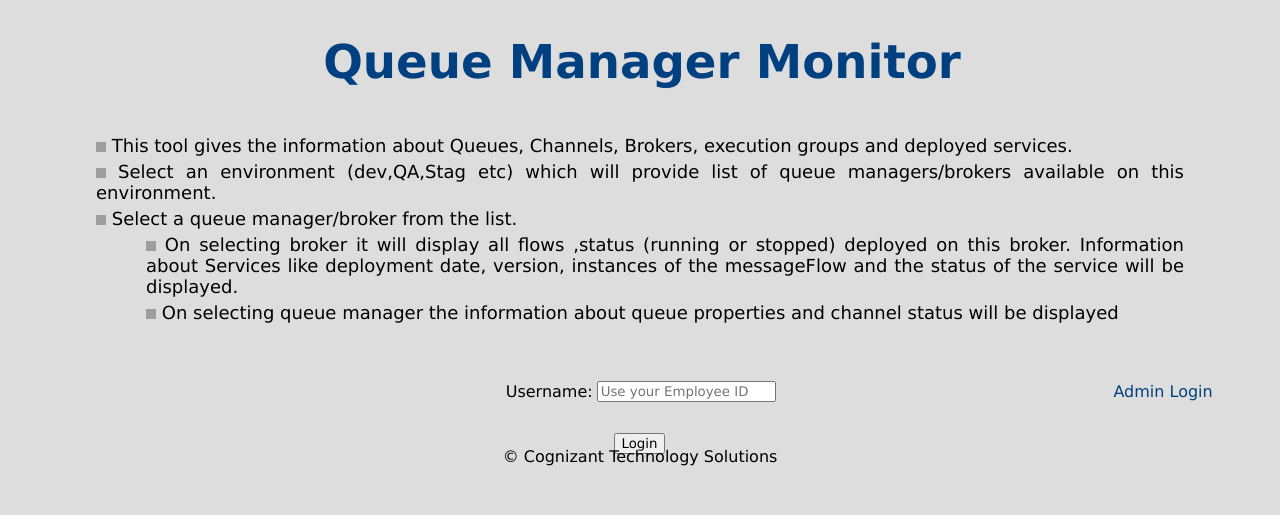
Repository: aarjavshah/ArjavProjects
Page: http://localhost/QmMonitor/
These files come from the project's save history. The page is drawn as it stood at one moment and after the next save; the edit follows.
The browser window is 1280 px wide. The pictures show the whole page.
Pictures or frames that could not be fetched are drawn as grey boxes. The page is served by Tomcat 9. Other server files are loaded and not shown.

Above is the page before, as saved 2016-11-28 15:13:54.

### Java/ToolOct27ABN_Temp/QmMonitor/WebContent/Login.jsp
<%@ page language="java" contentType="text/html; charset=ISO-8859-1"
    pageEncoding="ISO-8859-1"%>
<!DOCTYPE html PUBLIC "-//W3C//DTD HTML 4.01 Transitional//EN" "http://www.w3.org/TR/html4/loose.dtd">
<html>
<head>
<meta http-equiv="Content-Type" content="text/html; charset=ISO-8859-1">
<title>ESB Queue-Manager Monitor Login</title>
</head>
<script type="text/javascript">
function GetPassword() {
	password.style.visibility = 'visible';
	adminLink.style.visibility = 'hidden';
}
function  RemovePassword() {
	password.style.visibility = 'hidden';
	adminLink.style.visibility = 'visible';
}
function ValidateLogin(){
	var userName=document.getElementById("username").value;
	var flag=0;
	if(userName.length==0)
	{	document.getElementById("span_broker").innerHTML="Enter UserName";
		flag=1;
	}else{
		document.getElementById("span_broker").innerHTML="";
	}
	if(flag==0)
	{
	return true;
	}
else
	{
	return false;
	}
	}
</script>
 <STYLE type="text/css" media="screen">
    td{width:300px;}
    #dont{width:93px;}
    #button{width:53px;}
 </STYLE>
<link rel="stylesheet" type="text/css" href="<%=request.getContextPath() %>/collapse.css" media="screen">
<body>
<%if(session.getAttribute("username")!=null){
	if((Boolean)session.getAttribute("isAdmin")){
		response.sendRedirect("AdminServices.jsp");
	}else{
		response.sendRedirect("Home.jsp");
	}
}	%>
<div id="header">Queue Manager Monitor</div>
<div id="desc">
<p>
	<div id="textbox"><img src="Bullet.png" height="10px" width="10px">
	This tool gives the information about Queues, Channels, Brokers, execution groups and deployed services.</div><div id="textbox"><img src="Bullet.png"  height="10px" width="10px">
	Select an environment (dev,QA,Stag etc) which will provide list of queue managers/brokers available on this environment.</div><div id="textbox"><img src="Bullet.png"  height="10px" width="10px">
	Select a queue manager/broker from the list. </div><div id="textbox2">     <img src="Bullet.png"  height="10px" width="10px">
	On selecting broker it will display all flows ,status (running or stopped) deployed on this broker.
	Information about Services like deployment date, version, instances of the messageFlow and the status of the service will be displayed.
	</div><div id="textbox2"><img src="Bullet.png"  height="10px" width="10px">
	On selecting queue manager the information about queue properties and channel status will be displayed
	</div>
</p>
</div>
<form action="Login" method="post" onsubmit="return ValidateLogin()">
<div id="err">
<%if(session.getAttribute("AdminLoginFail")!=null){
if((Boolean)session.getAttribute("AdminLoginFail")){
	out.print("<font color=red>Admin Login Failed</font>");
	session.removeAttribute("AdminLoginFail");
}}
%></div>

<table id="adminbroker">
<tr id="user">
	<td id="dont" align="right">Username:</td>
	<td><input type="text" name="username" id="username" placeholder="Use your Employee ID"></td>
	<td><font color=red><span id="span_broker"></span></font></td><td> </td>
	<td id="adminLink" onclick="GetPassword()"><a href="#">Admin Login</a></td>
</tr>
<tr id="password" style="visibility:hidden;">
	<td id="dont" align="right">Password:</td>
	<td><input type="password" name="password" ></td><td> </td><td> </td>
	<td id="userLink" onclick="RemovePassword()"><a href="#">User Login</a></td>
</tr>
</table>
<table align="center">
<tr>
<td id="button"><input type="submit" name ="login" value="Login"></td>
</tr>
</table>
</form>
<div id="footerCpy">© Cognizant Technology Solutions</div>
</body>
</html>

### Java/ToolOct27ABN_Temp/QmMonitor/WebContent/collapse.css
/* Just some base styles not needed for example to function */
*, html { font-family: Verdana, Arial, Helvetica, sans-serif; }

body, form, ul, li, p, h1, h2, h4, h5
{
	margin: 0;
	padding: 0;
}
a{
	 text-decoration: none;
	 color : #004080;
	 cursor:pointer;
}
td.drop{
	width:550px;
}
td.res{
	width:200px;
}
td.res1{
	padding-top: 10px;
}
html { font-size: 100%; /* IE hack */ }
body { font-size: 1em; /* Sets base font size to 16px */ background-color: #DDDDDD; }
table { font-size: 100%; /* IE hack */ }
/* CSS Tree menu styles */
ol.tree
{
	padding: 0 0 0 30px;
}
ol.tree1{
	padding: 10px 0 0 30px;
	margin : 0;
}
	li
	{
		position: relative;
		margin-left: -15px;
		list-style: none;
	}
	li.file
	{
		margin-left: -10px !important;
	}
		li.file a
		{
			background: 0 0 no-repeat;
			padding-left: 32px;
			text-decoration: none;
			cursor: text;
		}
		li.file a.admin
		{
			background: 0 0 no-repeat;
			padding-left: 32px;
			text-decoration: none;
			cursor: pointer;
		}
	li input
	{
		position: absolute;
		left: 0;
		margin-left: 0;
		opacity: 0;
		z-index: 2;
		cursor: pointer;
		height: 1em;
		width: 1em;
		top: 0;
	}
		li input + ol
		{
			background: url('plus.gif') 40px 0 no-repeat;
			margin: -0.938em 0 0 -44px; /* 15px */
			height: 1em;
		}
		li input + ol > li { display: none; margin-left: -14px !important; padding-left: 1px; }
	li label
	{
		/*background: url(plusSignGreen.png) 15px 1px no-repeat;*/
		cursor: pointer;
		display: block;
		padding-left: 37px;
	}

	li input:checked + ol
	{
		background: url('minus.gif') 40px 0 no-repeat;
		margin: -1.25em 0 0 -44px; /* 20px */
		padding: 1.563em 0 0 80px;
		height: auto;
	}
		li input:checked + ol > li { display: block; margin: 5px 0 5px;  /* 2px */}
		li input:checked + ol > li:last-child { margin: 3px 0 3px; /* 1px */ }

#container{
	overflow-x: hidden;
}
#cntIO{
	padding-top: 10 px;
}
#left{

	width:100%;
	float : left;
	padding : 50 px;
	/*margin: 200px 0 0 0;*/

}
#right{
	width : 100%;
	padding : 50 px;
	float:left;
	padding-left: 50px;
	padding-top: 30px;
}
#right1{
	width : 100%;
	padding-top: 80px;
    margin-top: 100px;
    margin-bottom: 100px;
}
#right2{
	width : 100%;
	margin-left:50px;
    margin-top: 100px;
    margin-bottom: 100px;
}
#textbox{
	margin-top: 5px;
	margin-bottom: 5px;
}
#textbox1{
	margin-top: 5px;
	margin-bottom: 5px;
    display: none;
}
#textbox2{
	margin-top: 5px;
	margin-bottom: 5px;
	margin-left: 50px;
	}
#header{
	padding : 5px;
	margin-top : 30px;
	padding-left:130px;
	width : 80%;
	text-align: center;
	font-size: 35pt;
	font-weight: bolder;
	color : #004080;
	height: 90px;
}
#logout{
	width:17%;
	text-align: center;
	float: right;
	font-size: 18px;
}
#brokerInfo{
	width:35%;
	text-align: right;
	float: right;
}
#formTable{
	width:100%;
	  padding-top: 16px;
	  padding-left: 10px;
}
#formTable1{
	  padding-top: 16px;
	  padding-left: 10px;
	  margin-left:
}
h1{
	padding-left : 10px;
	color : #004080;
}
#centeredText{
	text-align: center;
	padding-bottom: 10px;
}
#ErrS{
	    position: absolute;
    top: 50%;
    left: 50%;
    width: 400px;
    height: 300px;
    margin-top: -150px;
    margin-left: -200px;
}
#ErrS2{
	    position: absolute;
    top: 50%;
    left: 50%;
    width: 400px;
    height: 300px;
    margin-top: -90px;
    margin-left: -200px;
}
#ErrS1{
	    position: absolute;
    top: 50%;
    left: 50%;
    margin-top: -50px;
    margin-left: -150px;
}
#outer{
	width:100%;
}
#adminbroker{
	padding-left: 500px;
}
#adminbroker1{
	padding-left: 200px;
}
#edit{
	position: absolute;
		opacity:100;
		height: 2em;
		width: 5em;
}
#lastmod{
	font-size: 10pt;
	float: right;
	width:29%;
}
#err{
	text-align: center;
}
#desc{
	text-align:justify;
	margin-left:auto;
	margin-right:auto;
	width:85%;
	padding-bottom: 50px;
	font-size : 18px;
}
#instance{
	margin-left: 210px;
}
#instance1{
	margin-left: 210px;
	padding-top: 10px;
}
table,th,td{border:none}
.qDis{border:1px solid #ccc}
.qDis tr{border-bottom:1px solid #d0d0d0}
.qDis tr:nth-child(odd){background-color:#fff}
.qDis tr:nth-child(even){background-color:#f2f2f2}
.qDis td,.qDis th{padding:6px 8px;display:table-cell;text-align:left;vertical-align:top}
.qDis th:first-child,.qDis td:first-child{padding-left:16px}

#editablediv{
    width: 500px;
    height: 200px;
    border: 1.5px solid #888;
    padding: 5px;
    background-color : #FAFAFA;
    margin: 10px 10px 10px 10px;
}
#RFHheader{
    width: 500px;
    height: 50px;
    border: 1.5px solid #888;
    padding: 5px;
    background-color : #FAFAFA;
    margin: 10px 10px 10px 10px;
}
div.conf{
	padding-left: 52px;
	padding-top: 10px;
}
#formtextarea{
	margin-top: 10px;
}
div.scroll{
width: 500px;
    height: 200px;
    border: 1.5px solid #888;
    padding: 5px;
    background-color : #FAFAFA;
    margin: 10px 10px 10px 10px;
	max-height: 200px;
	overflow: auto;
}
#footerCpy{
	text-align:center;
	margin-top:-10px;
}

After the next save:
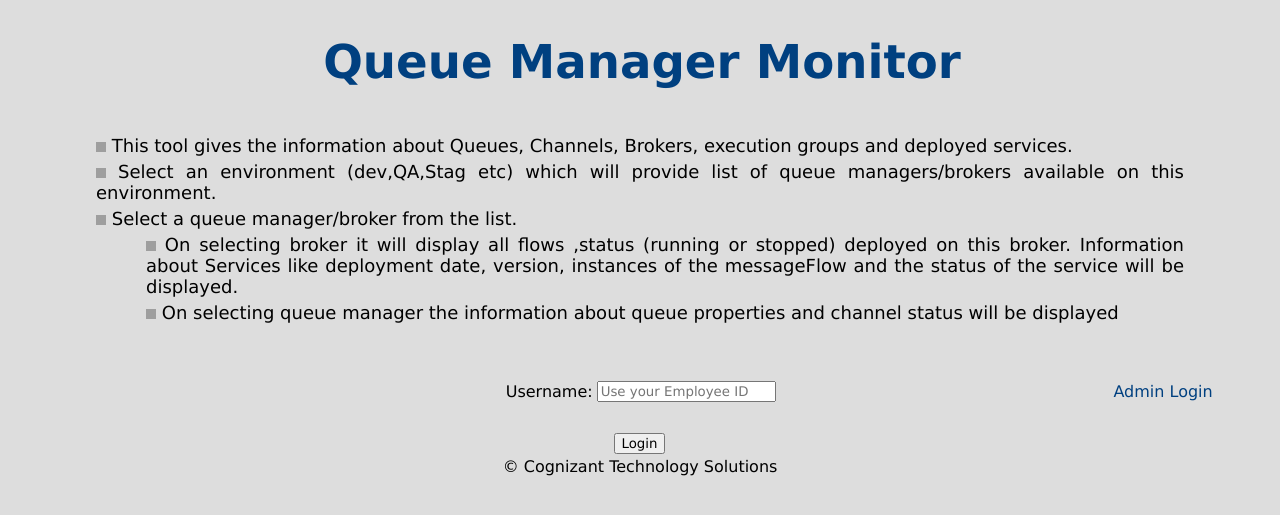
Saved 10 s later.
--- a/Java/ToolOct27ABN_Temp/QmMonitor/WebContent/collapse.css
+++ b/Java/ToolOct27ABN_Temp/QmMonitor/WebContent/collapse.css
@@ -286,5 +286,5 @@ width: 500px;
 }
 #footerCpy{
 	text-align:center;
-	margin-top:-10px;
-}
+	padding-top:-10px;
+}
